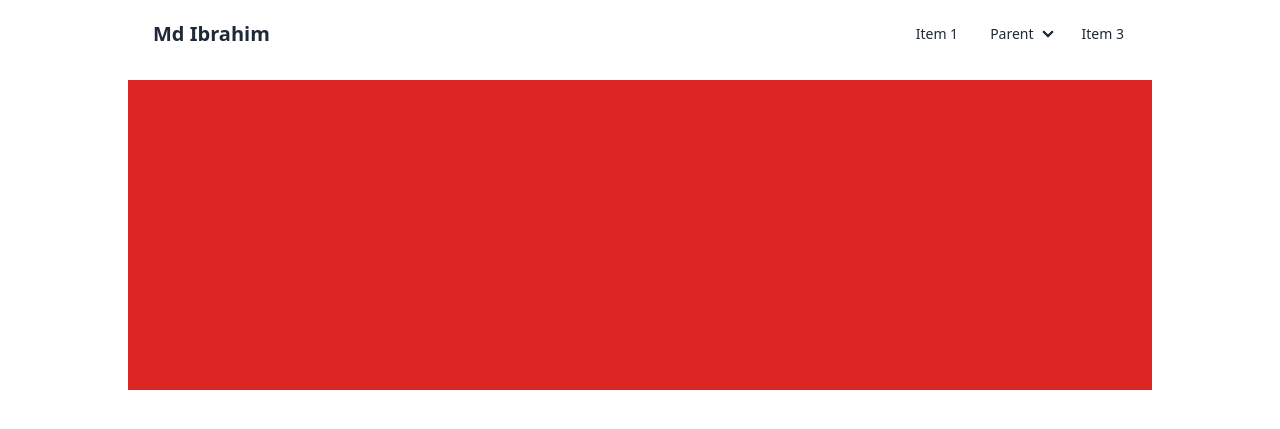
Repository: mdrubel02/portfilo
Page: /
An editor plug-in stored every save of this project. The page is shown before and after the next save, followed by the edit.
The browser window is 1280 px wide. The pictures show the whole page.
The project was rebuilt for these pictures with package versions that can differ from the ones it lists, and the page was loaded fresh each time. Also part of the build but not shown: vite.config.js.

Above is the page before, as saved 2023-06-22 20:11:44.

After the next save:
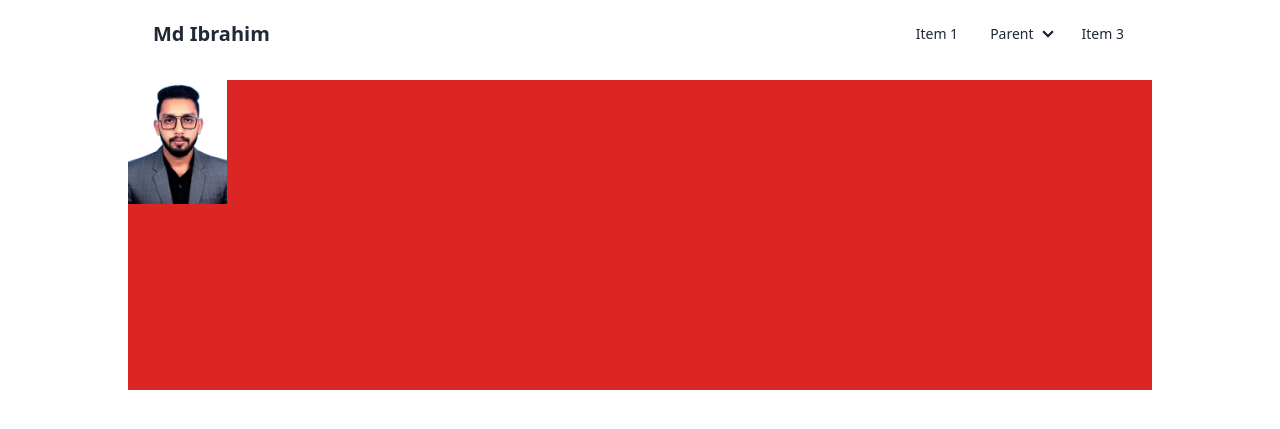
Saved 19 s later.
--- a/src/Pages/Home/Home.jsx
+++ b/src/Pages/Home/Home.jsx
@@ -3,10 +3,10 @@ import profile from '../../assets/nayeem.jpg'
 
 const Home = () => {
     return (
-        <div className='mt-3'>
+        <div className='mt-3 relative'>
             <div className='h-[310px] bg-red-600'>
                 <div className='grid grid-rows-2 grid-flow-col gap-4'>
-                    <div className='relative'>
+                    <div className=''>
                         <div className='h-full'>
                         <img className='h-2/5 absolute left-0 right-0' src={profile} alt="profile" />
                         </div>
